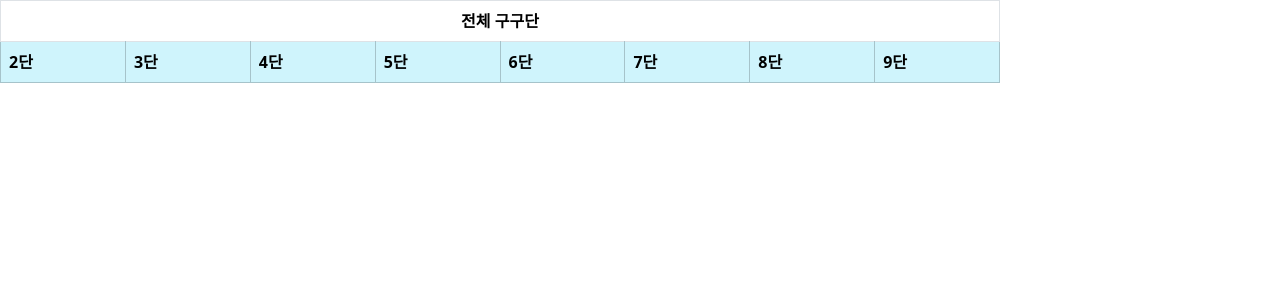
Repository: GANADAG/jspProject
Page: http://localhost/JspProject/day0228/jspGugu_04.jsp
The author's editor kept a copy of each file at every save. The page is drawn from the files as they stood at one save, then again after the next save.
The browser window is 1280 px wide. The pictures show the whole page.
Some web fonts or font styles are not loaded; a fallback is used. The page is served by Tomcat 9.

Above is the page before, as saved 2024-02-28 01:42:26.

After the next save:
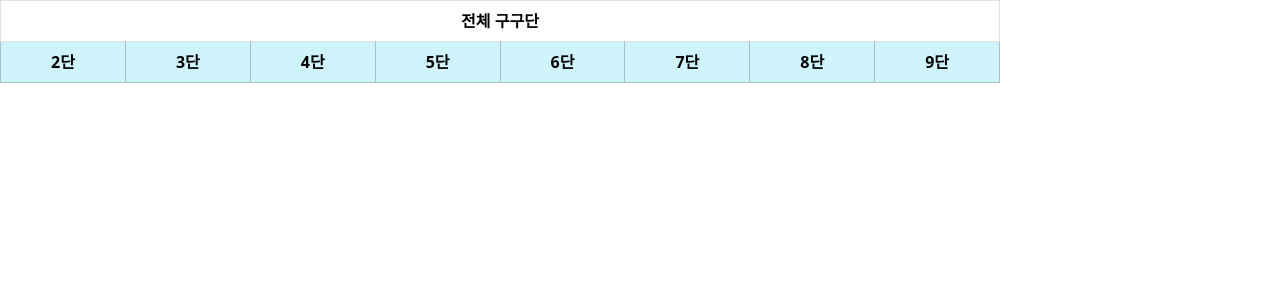
Saved 20 s later.
--- a/JspProject/src/main/webapp/day0228/jspGugu_04.jsp
+++ b/JspProject/src/main/webapp/day0228/jspGugu_04.jsp
@@ -22,7 +22,7 @@
 			<%
 				for(int dan=2;dan<=9;dan++)
 				{%>
-					<td><b><%=dan %>단</b></td>
+					<td align="center"><b><%=dan %>단</b></td>
 				<%}
 			%>
 		</tr>
